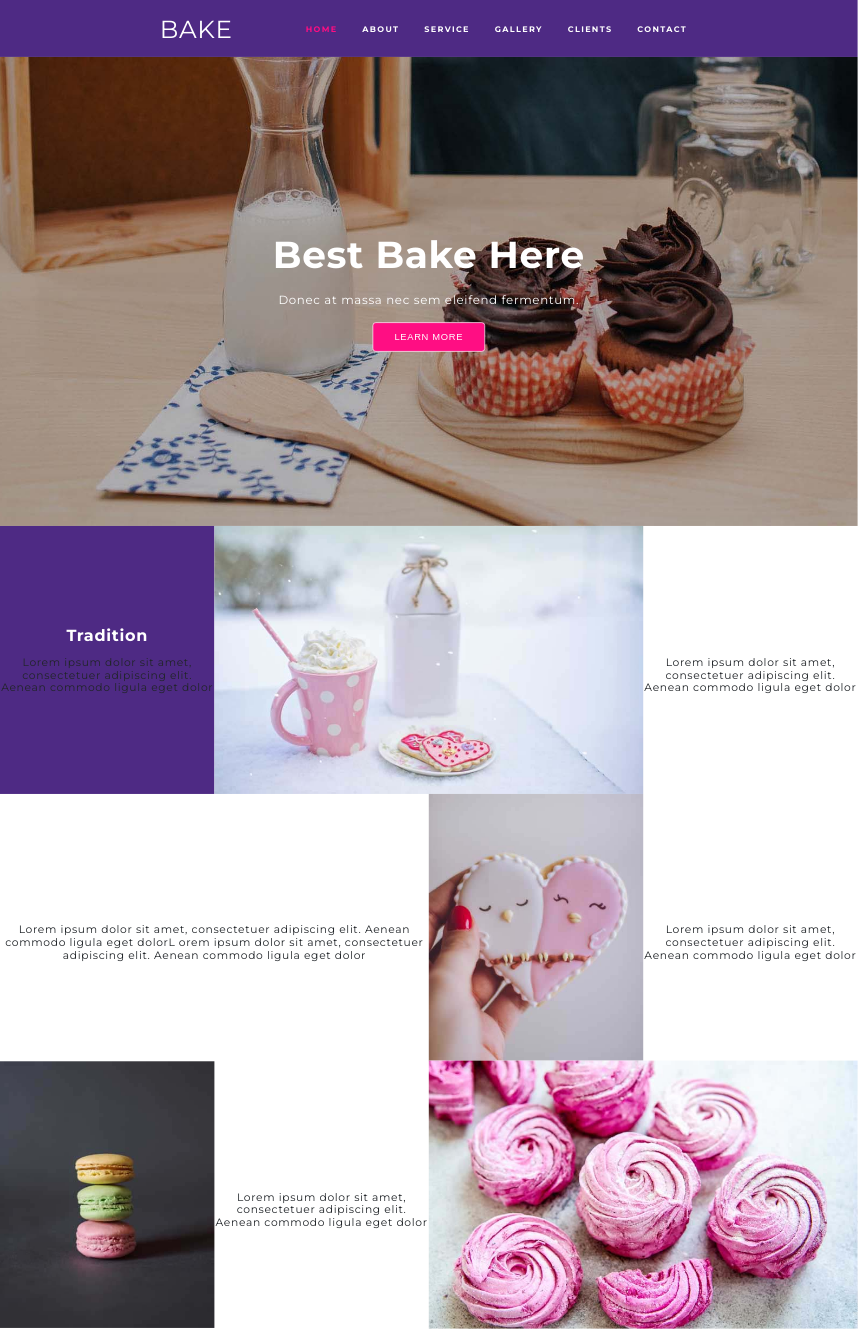
Repository: ducdatit2002/bake-cake
Page: index.html
An editor plug-in stored every save of this project. The page is shown before and after a run of saves, followed by the edit.
The browser window is 1280 px wide. The pictures show the whole page, at 67% of full size.

Above is the page before, as saved 2023-07-13 12:34:13.

After the next 2 saves:
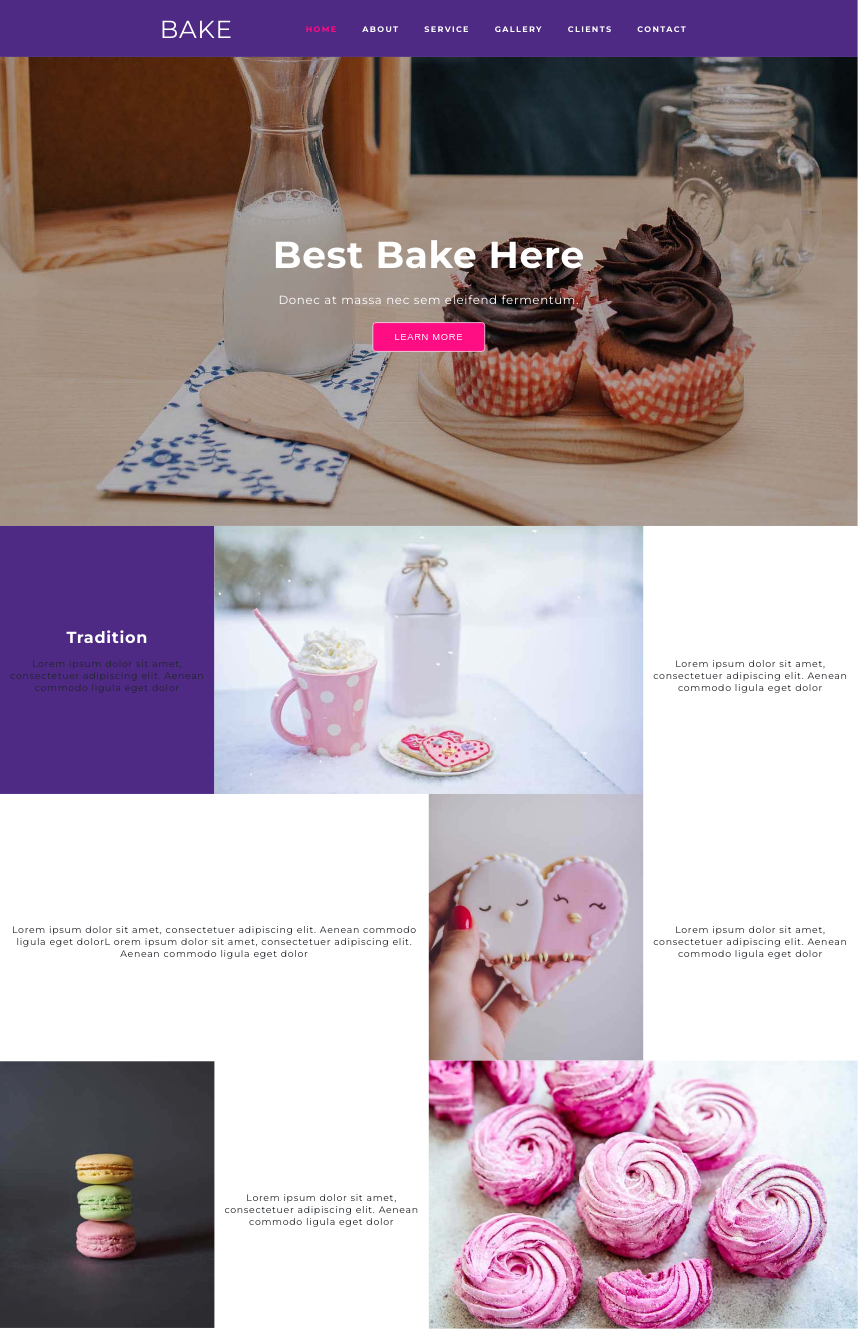
The 2 saves are shown as one change because they came seconds apart.
The last was saved 7 s later.
--- a/index.css
+++ b/index.css
@@ -133,7 +133,8 @@ header {
     margin-bottom: 1rem;
 }
 .intro__item p {
-    font
+    font-size: 0.875rem;
+    color: ;
 }
 .intro .intro__item:first-child {
     background-color: #4e2a84;
